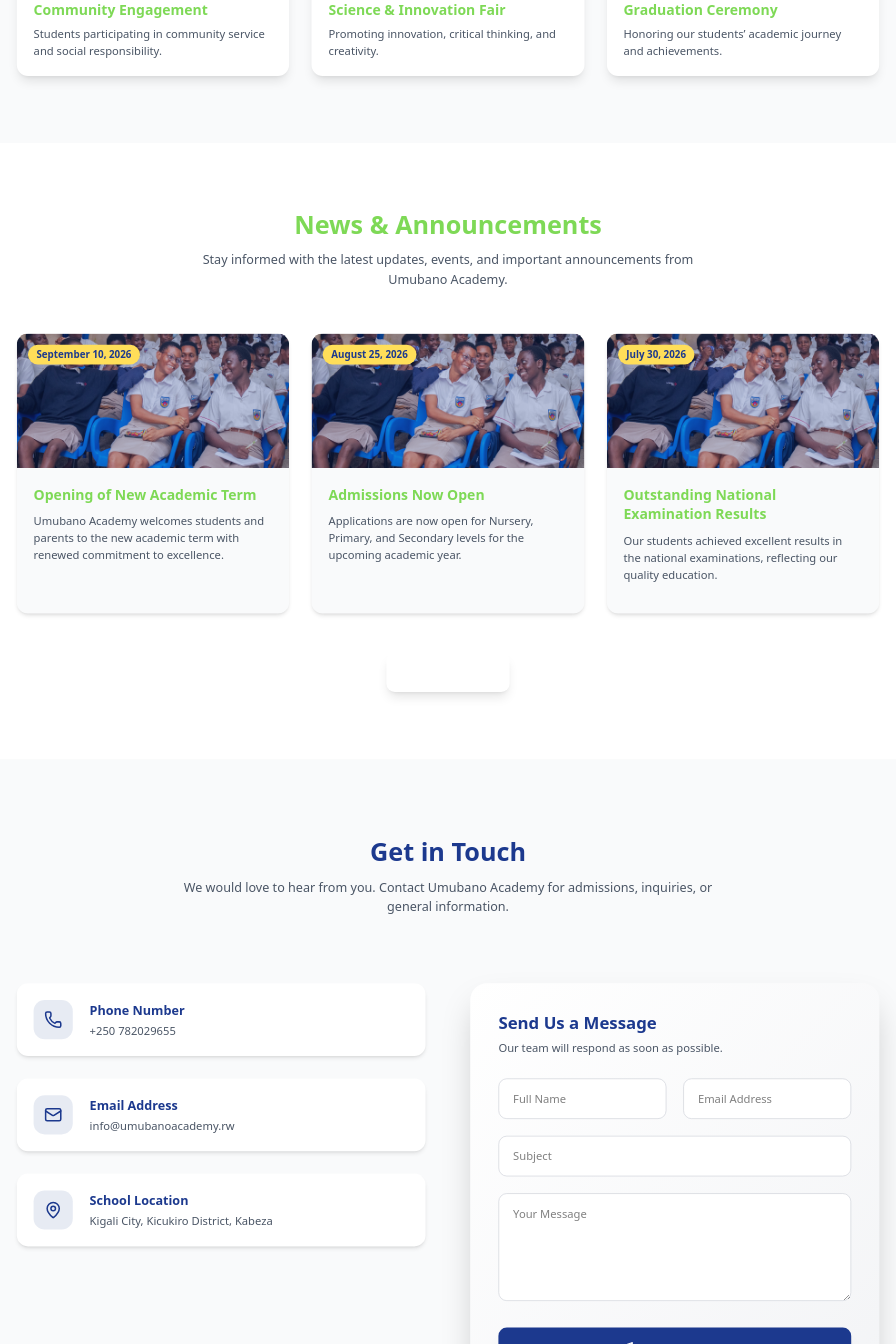
Repository: Umubano-Academy/umubano-academy-website
Page: /
The author's editor kept a copy of each file at every save. The page is drawn from the files as they stood at one save, then again after the next save.
The browser window is 1280 px wide. The pictures show the part of the page from y = 1751 to 3671 px (the page is 4911 px tall), at 70% of full size.
The project was rebuilt for these pictures with package versions that can differ from the ones it lists, and the page was loaded fresh each time. Also part of the build but not shown: vite.config.js, src/components/guest/Admission.jsx, src/components/guest/Academic.jsx, src/components/guest/About.jsx, src/components/admin/sidebar/data/menuData.js, src/components/admin/sidebar/SideBar.jsx, src/components/admin/Header/Header.jsx, src/components/admin/LayOut.jsx and 3 more.

Above is the page before, as saved 2026-01-13 19:05:20.

After the next save:
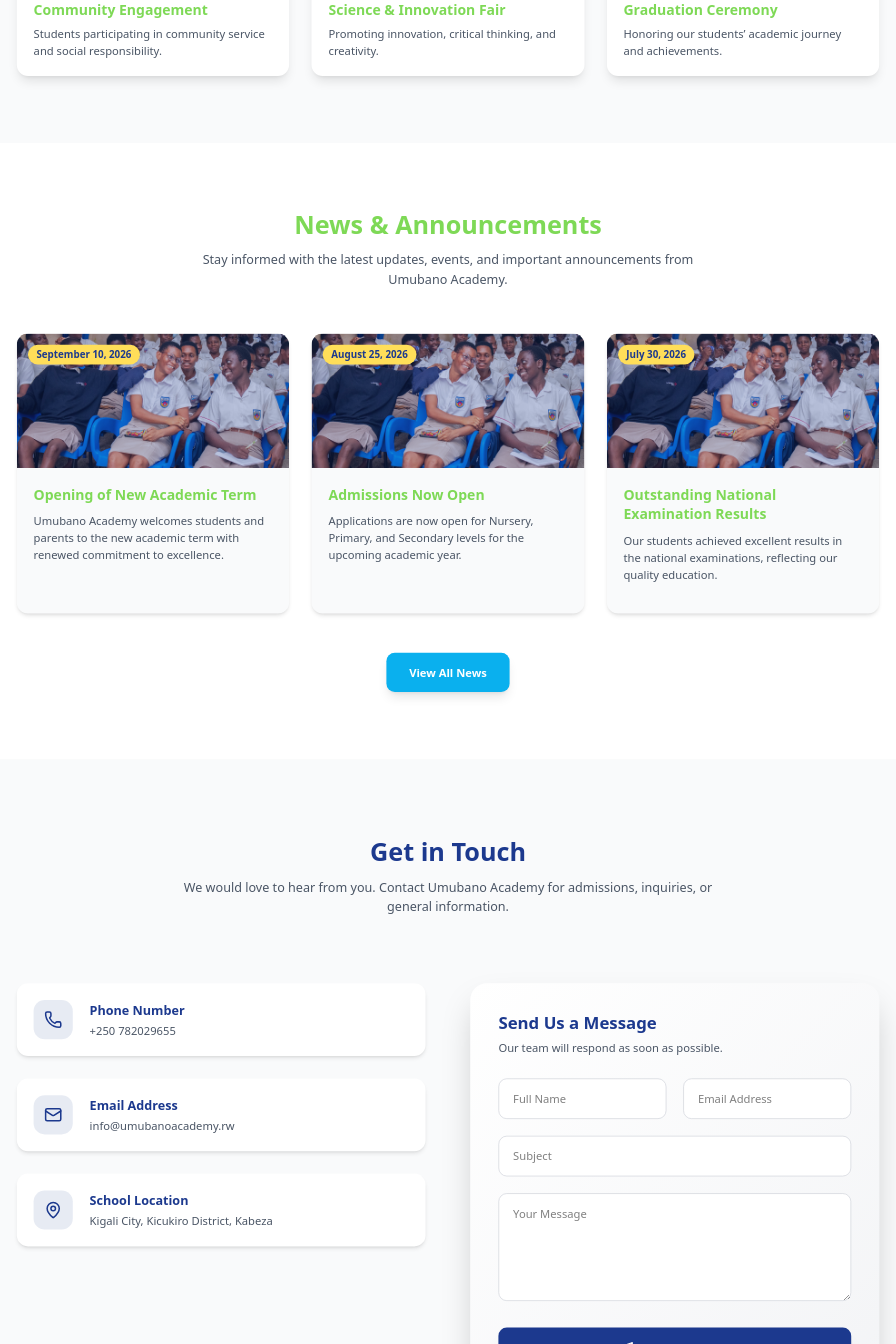
Saved 5 s later.
--- a/src/components/guest/News.jsx
+++ b/src/components/guest/News.jsx
@@ -104,7 +104,7 @@ function News() {
         <div className="text-center mt-14">
           <a
             href="/news"
-            className="inline-block [#0AB0EE] text-white px-8 py-4 rounded-xl font-semibold hover:bg-blue-800 transition shadow-lg"
+            className="inline-block bg-[#0AB0EE] text-white px-8 py-4 rounded-xl font-semibold hover:bg-blue-800 transition shadow-lg"
           >
             View All News
           </a>
